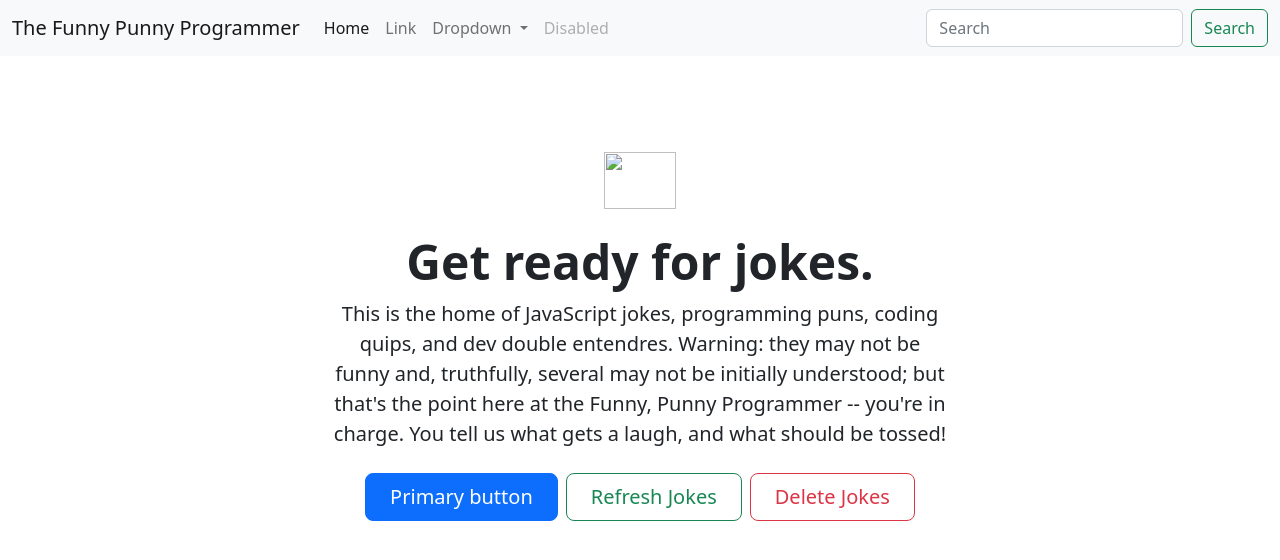
Repository: annferracane/phase-1-personal-project
Page: index.html
The author's editor kept a copy of each file at every save. The page is drawn from the files as they stood at one save, then again after the next save.
The browser window is 1280 px wide. The pictures show the whole page.
The page's requests for data from a server got no answer.

Above is the page before, as saved 2022-12-08 11:39:15.

### index.html

<!DOCTYPE html>
<html lang="en">
    <head>
        <meta charset="utf-8">
        <meta name="viewport" content="width=device-width, initial-scale=1">
        <link href="https://cdn.jsdelivr.net/npm/bootstrap@5.2.2/dist/css/bootstrap.min.css" rel="stylesheet" integrity="sha384-Zenh87qX5JnK2Jl0vWa8Ck2rdkQ2Bzep5IDxbcnCeuOxjzrPF/et3URy9Bv1WTRi" crossorigin="anonymous">
        <link rel="stylesheet" href="./style.css" />
        <script defer src="./src/index.js"></script>
        <title>The Funny Punny Programmer</title>
    </head>
    <body>
        <nav class="navbar navbar-expand-lg bg-light">
            <div class="container-fluid">
              <a class="navbar-brand mb-0 h1" href="#">The Funny Punny Programmer</a>
              <button class="navbar-toggler" type="button" data-bs-toggle="collapse" data-bs-target="#navbarSupportedContent" aria-controls="navbarSupportedContent" aria-expanded="false" aria-label="Toggle navigation">
                <span class="navbar-toggler-icon"></span>
              </button>
              <div class="collapse navbar-collapse" id="navbarSupportedContent">
                <ul class="navbar-nav me-auto mb-2 mb-lg-0">
                  <li class="nav-item">
                    <a class="nav-link active" aria-current="page" href="#">Home</a>
                  </li>
                  <li class="nav-item">
                    <a class="nav-link" href="#">Link</a>
                  </li>
                  <li class="nav-item dropdown">
                    <a class="nav-link dropdown-toggle" href="#" role="button" data-bs-toggle="dropdown" aria-expanded="false">
                      Dropdown
                    </a>
                    <ul class="dropdown-menu">
                      <li><a class="dropdown-item" href="#">Action</a></li>
                      <li><a class="dropdown-item" href="#">Another action</a></li>
                      <li><hr class="dropdown-divider"></li>
                      <li><a class="dropdown-item" href="#">Something else here</a></li>
                    </ul>
                  </li>
                  <li class="nav-item">
                    <a class="nav-link disabled">Disabled</a>
                  </li>
                </ul>
                <form class="d-flex" role="search">
                  <input class="form-control me-2" type="search" placeholder="Search" aria-label="Search">
                  <button class="btn btn-outline-success" type="submit">Search</button>
                </form>
              </div>
            </div>
        </nav>
        <div class="px-4 py-5 my-5 text-center">
            <img class="d-block mx-auto mb-4" src="" alt="" width="72" height="57">
            <h1 id="hero-header" class="display-5 fw-bold"></h1>
            <div class="col-lg-6 mx-auto">
                <p id="hero-content" class="lead mb-4"></p>
                <div class="d-grid gap-2 d-sm-flex justify-content-sm-center">
                    <button type="button" class="btn btn-primary btn-lg px-4 gap-3">Primary button</button>
                    <button id="refresh-jokes-btn" type="button" class="btn btn-outline-success btn-lg px-4">Refresh Jokes</button>
                    <button id="delete-jokes-btn" type="button" class="btn btn-outline-danger btn-lg px-4 gap-3">Delete Jokes</button>
                </div>
            </div>
        </div>
        <div class="container-sm">
            <div id="joke-cards-div" class="vstack gap-4"></div>
        </div>
        <div class="container-sm">

        </div>
    </body>
</html>

### src/index.js
// DOM Global Variables & Event Listeners
const localUrlBase = 'http://localhost:3000/jokes';
const jokeCardsDiv = document.querySelector('#joke-cards-div');
const deleteJokesBtn = document.querySelector('#delete-jokes-btn');
const refreshJokesBtn = document.querySelector('#refresh-jokes-btn');

deleteJokesBtn.addEventListener('click', deleteJokesHandler);
refreshJokesBtn.addEventListener('click', refreshJokesHandler);

// DOM Content Updates
document.querySelector('#hero-header').textContent = 'Get ready for jokes.';
document.querySelector('#hero-content').textContent =
`This is the home of JavaScript jokes, programming puns, coding
quips, and dev double entendres. Warning: they may not be funny and,
truthfully, several may not be initially understood; but that's the
point here at the Funny, Punny Programmer -- you're in charge.
You tell us what gets a laugh, and what should be tossed!`;

// Initialize jokes on page
displayJokes();

// Fetch jokes from local db.json and call display function
function displayJokes() {
    jokeCardsDiv.innerHTML = '';
    fetch(localUrlBase)
    .then(resp => resp.json())
    .then(jokeData => createJokeToDisplay(jokeData))
    .catch(error => console.log(`Error with local db: ${error}`));
}

// Construct joke and append to DOM
function createJokeToDisplay(jokeData) {
    // Specify which div on index.html to later append joke div
    const jokeCardsDiv = document.querySelector('#joke-cards-div');

    jokeData.forEach(joke => {
        // Build div that holds joke content and voting button container
        const divJoke = document.createElement('div');
        divJoke.className = 'bg-light border p-3';
        divJoke.id = `joke-${joke.id}`;

        // Build paragraph for joke content
        const jokeParagraph = document.createElement('p');
        jokeParagraph.innerHTML = joke.joke;

        // Build div to hold voting buttons
        const divVoteBtns = document.createElement('div');
        divVoteBtns.className = 'hstack gap-3';

        // Build vote count div
        const voteCountDiv = document.createElement('div');
        voteCountDiv.id = `votecount-${joke.id}`;
        voteCountDiv.textContent = `Votes: ${joke.votes}`

        // Build upvote button
        const upvoteBtn = document.createElement('button');
        upvoteBtn.type = 'button';
        upvoteBtn.id = `upvote-${joke.id}`;
        upvoteBtn.className = 'btn btn-outline-primary';
        upvoteBtn.textContent = 'upvote ↑';
        upvoteBtn.addEventListener('click', e => upvoteHandler(e));

        // Build downvote button
        const downvoteBtn = document.createElement('button');
        downvoteBtn.type = 'button';
        downvoteBtn.id = `downvote-${joke.id}`;
        downvoteBtn.className = 'btn btn-outline-danger';
        downvoteBtn.textContent = 'downvote ↓';
        downvoteBtn.addEventListener('click', e => downvoteHandler(e));

        // Build button dividers
        const divBtnDivider = document.createElement('div');
        divBtnDivider.className = 'vr';

        // Append voting buttons and divider div to div for voting buttons
        divVoteBtns.appendChild(upvoteBtn);
        divVoteBtns.appendChild(divBtnDivider);
        divVoteBtns.appendChild(downvoteBtn)
        divVoteBtns.appendChild(voteCountDiv);

        // Append joke paragraph and div for voting buttons to joke div
        divJoke.appendChild(jokeParagraph);
        divJoke.appendChild(divVoteBtns);

        // Append joke div to joke div container
        jokeCardsDiv.appendChild(divJoke);
    })

}

function deleteJokesHandler() {
    // Delete jokes from local db and dom, fetch new jokes, display jokes
    jokeCardsDiv.innerHTML = '';
    fetch(localUrlBase)
    .then(resp => resp.json())
    .then(jokeData => {
        jokeData.forEach(joke => {
            // Build fetch url for delete
            const fetchURL = `${localUrlBase}/${joke.id}`;
            // Delete from db.json
            fetch(fetchURL, {
                method: 'DELETE',
                headers: {
                    'Content-Type': 'application/json'
                }
            })
            .then(resp => resp.json())
            .catch(error => console.log(`Error with delete fetch: ${error}`));
        })
    })
    .catch(error => console.log(`Error with local db in refresh handler: ${error}`));
}

function fetchJokes(postCallback, displayCallback) {
    // Call fetch to Joke API to refresh
    fetch('https://v2.jokeapi.dev/joke/Programming?blacklistFlags=nsfw,religious,political,racist,sexist,explicit&amount=10')
    .then(resp => resp.json())
    .then(jokeAPIData => {
        const newJokesFromAPI = [];
        jokeAPIData.jokes.forEach(jokeAPI => {
            let joke;
            if(jokeAPI.type == 'single') {
                joke = jokeAPI.joke;
            } else if (jokeAPI.type == 'twopart') {
                joke = `<b>Setup:</b> ${jokeAPI.setup}<br><b>Delivery:</b> ${jokeAPI.delivery}`;
            } else {
                console.log('Unable to display joke content.');
            };

            // Build joke object for post to local db.json
            const jokeConfigObj = {
                category: jokeAPI.category,
                type: jokeAPI.type,
                idJokeAPI: jokeAPI.id,
                language: jokeAPI.lang,
                votes: 0,
                joke: joke
            }

            //Add joke to global array
            newJokesFromAPI.push(jokeConfigObj);

        })
        console.log(newJokesFromAPI.length);
        return newJokesFromAPI;
    })
    .then(newJokesFromAPI => postCallback(newJokesFromAPI, displayCallback))
    .catch(error => console.log(`Error in fetchJokes(): ${error}`));
}


function postJokesToDatabase(newJokesFromAPI, displayCallback) {
    // Loop through joke array and post to local db
    newJokesFromAPI.forEach(newJoke => {
        console.log(newJoke);
        fetch(localUrlBase, {
            method: 'POST',
            headers: {
                'Content-Type': 'application/json',
                'Accept': 'application/json'
            },
            body: JSON.stringify(newJoke)
        })
        .catch(error => console.log(`Error in postJokesToDatabase(): ${error}`));
    });

    // Call displayJokes() as a callback
    displayCallback();
}

function refreshJokesHandler() {
    fetchJokes(postJokesToDatabase, displayJokes);
}

function upvoteHandler(e) {
    const jokeID = e.target.id.slice(7);
    const fetchURL = `${localUrlBase}/${jokeID}`;
    const voteDiv = document.querySelector(`#votecount-${jokeID}`);
    const currentVote = parseInt(voteDiv.textContent.slice(7));
    const newVote = currentVote + 1;

    const configObj = {
        votes: newVote
    }
    generalFetch(fetchURL,'PATCH', configObj,'upvoteHandler');
    voteDiv.textContent = `Votes: ${newVote}`;
}

function downvoteHandler(e) {
    const jokeID = e.target.id.slice(9);
    const fetchURL = `${localUrlBase}/${jokeID}`;
    const voteDiv = document.querySelector(`#votecount-${jokeID}`);
    const currentVote = parseInt(voteDiv.textContent.slice(7));
    const newVote = currentVote - 1;

    const configObj = {
        votes: newVote
    }
    generalFetch(fetchURL,'PATCH', configObj,'downvoteHandler');
    voteDiv.textContent = `Votes: ${newVote}`;
}

function generalFetch(url, mthd, configObj, handler) {
    fetch(url, {
        method: mthd,
        headers: {
            'Content-Type': 'application/json',
            'Accept': 'application/json'
        },
        body: JSON.stringify(configObj)
    })
    .catch(error => console.log(`Error in ${handler}(): ${error}`));
}

Loaded but not shown: style.css (no stored copy; drawn as an empty file)

After the next save:
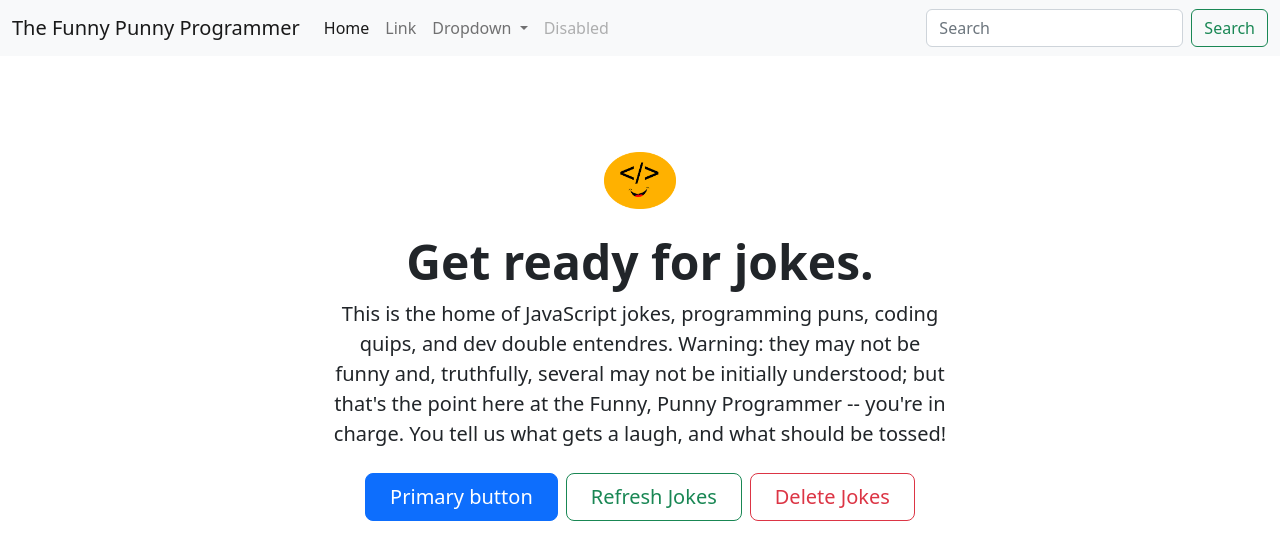
Saved 7 s later.
--- a/index.html
+++ b/index.html
@@ -47,7 +47,7 @@
             </div>
         </nav>
         <div class="px-4 py-5 my-5 text-center">
-            <img class="d-block mx-auto mb-4" src="" alt="" width="72" height="57">
+            <img class="d-block mx-auto mb-4" src="./images/punny-logo.png" alt="" width="72" height="57">
             <h1 id="hero-header" class="display-5 fw-bold"></h1>
             <div class="col-lg-6 mx-auto">
                 <p id="hero-content" class="lead mb-4"></p>
